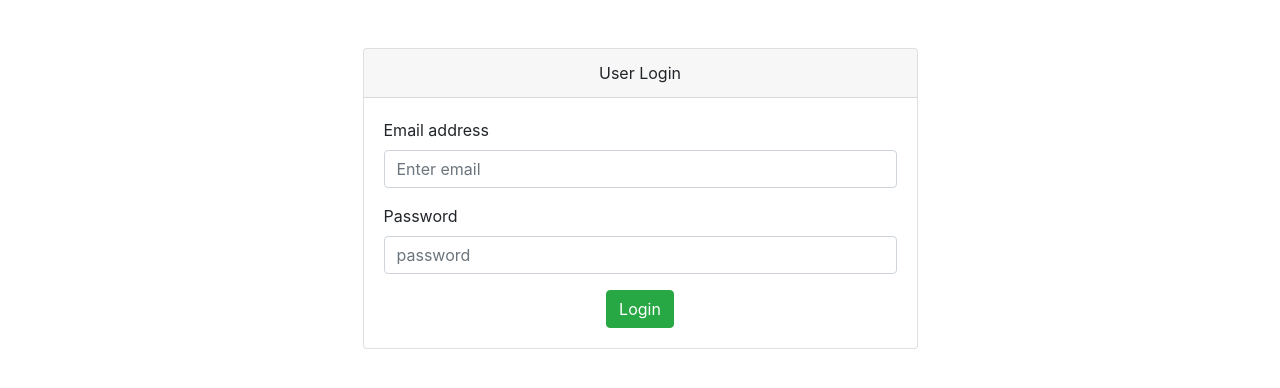
Repository: saivihari07/Advance-Java-Servlets-Jsp-
Page: http://localhost/Project/Login.jsp
The author's editor kept a copy of each file at every save. The page is drawn from the files as they stood at one save, then again after the next save.
The browser window is 1280 px wide. The pictures show the whole page.
Some web libraries are served in a nearby version. The page is served by Tomcat 9.

Above is the page before, as saved 2021-12-27 07:59:57.

### Servlets/Web-Application/Project/WebContent/Login.jsp
<%@ page language="java" contentType="text/html; charset=ISO-8859-1"
	pageEncoding="ISO-8859-1"%>
<!DOCTYPE html>
<html>
<head>
<meta charset="ISO-8859-1">
<title>Login page</title>
<%@ include file="include/head.jsp"%>
</head>
<body bgcolor="#2F4F4F">
	<div class="container">
		<div class="card w-50 mx-auto my-5">
			<div class="card-header text-center">User Login</div>
			<div class="card-body">
				<form action="user-login" method="post">
					<div class="form-group">
						<label>Email address</label> <input type="email"
							name="login-email" class="form-control" placeholder="Enter email">
					</div>
					<div class="form-group">
						<label>Password</label> <input type="password"
							name="login-password" class="form-control" placeholder="password">
					</div>
					<div class="text-center">
						<button type="submit" class="btn btn-success">Login</button>
					</div>
				</form>
			</div>
		</div>
	</div>

	<%@include file="/include/footer.jsp"%>

</body>
</html>

### Servlets/Web-Application/Project/WebContent/include/head.jsp
<meta charset="ISO-8859-1">
<link rel="stylesheet" href="https://maxcdn.bootstrapcdn.com/bootstrap/4.0.0/css/bootstrap.min.css">

### Servlets/Web-Application/Project/WebContent/include/footer.jsp
<script src="https://code.jquery.com/jquery-3.2.1.slim.min.js" ></script>
<script src="https://cdnjs.cloudflare.com/ajax/libs/popper.js/1.12.9/umd/popper.min.js" ></script>
<script src="https://maxcdn.bootstrapcdn.com/bootstrap/4.0.0/js/bootstrap.min.js"></script>

After the next save:
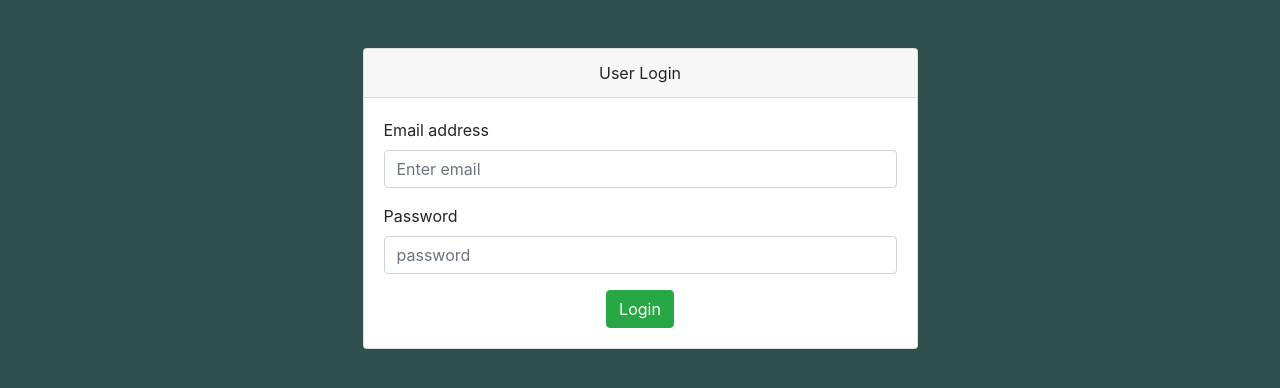
Saved 3 min 59 s later.
--- a/Servlets/Web-Application/Project/WebContent/Login.jsp
+++ b/Servlets/Web-Application/Project/WebContent/Login.jsp
@@ -7,7 +7,7 @@
 <title>Login page</title>
 <%@ include file="include/head.jsp"%>
 </head>
-<body bgcolor="#2F4F4F">
+<body  style="background:#2F4F4F">
 	<div class="container">
 		<div class="card w-50 mx-auto my-5">
 			<div class="card-header text-center">User Login</div>
